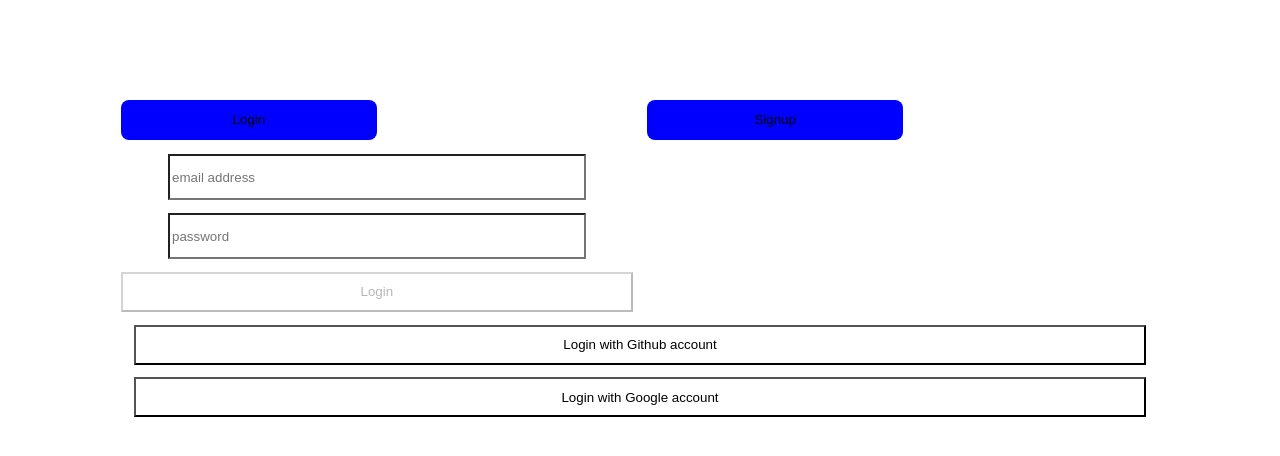
Repository: ValGrace/static-site-generator
Page: / (app in client-frontend/)
An editor plug-in stored every save of this project. The page is shown before and after the next save, followed by the edit.
The browser window is 1280 px wide. The pictures show the whole page.
The project was rebuilt for these pictures with package versions that can differ from the ones it lists, and the page was loaded fresh each time. Also part of the build but not shown: client-frontend/vite.config.js, client-frontend/src/Components/Signup.jsx, client-frontend/src/App.css.

Above is the page before, as saved 2023-02-04 13:06:32.

After the next save:
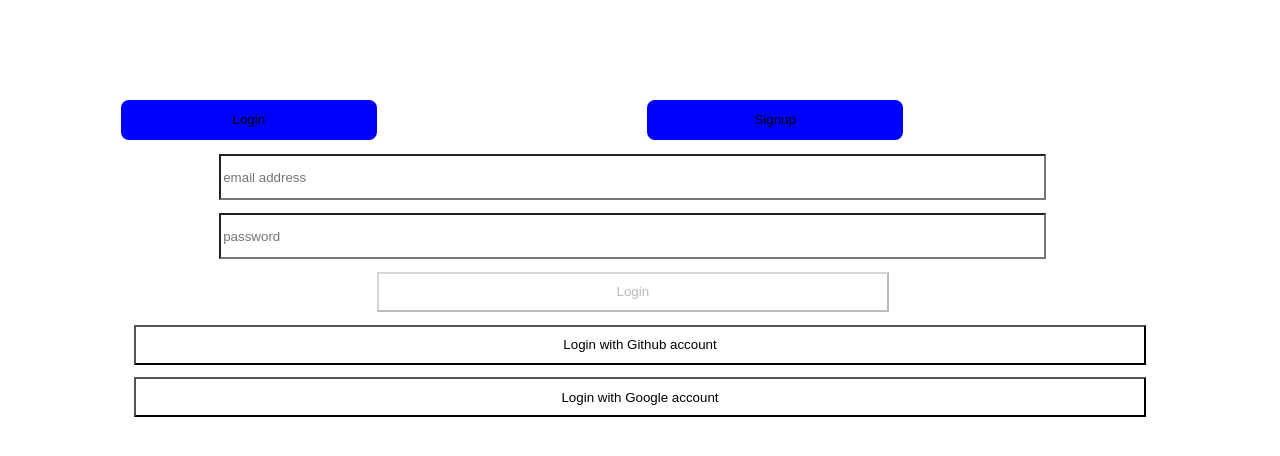
Saved 48 s later.
--- a/client-frontend/src/Components/Inputs.css
+++ b/client-frontend/src/Components/Inputs.css
@@ -1,3 +1,6 @@
+form {
+    width: 80vw;
+}
 .signupForm, .dash {
    display: flex;
    flex-direction: column;
